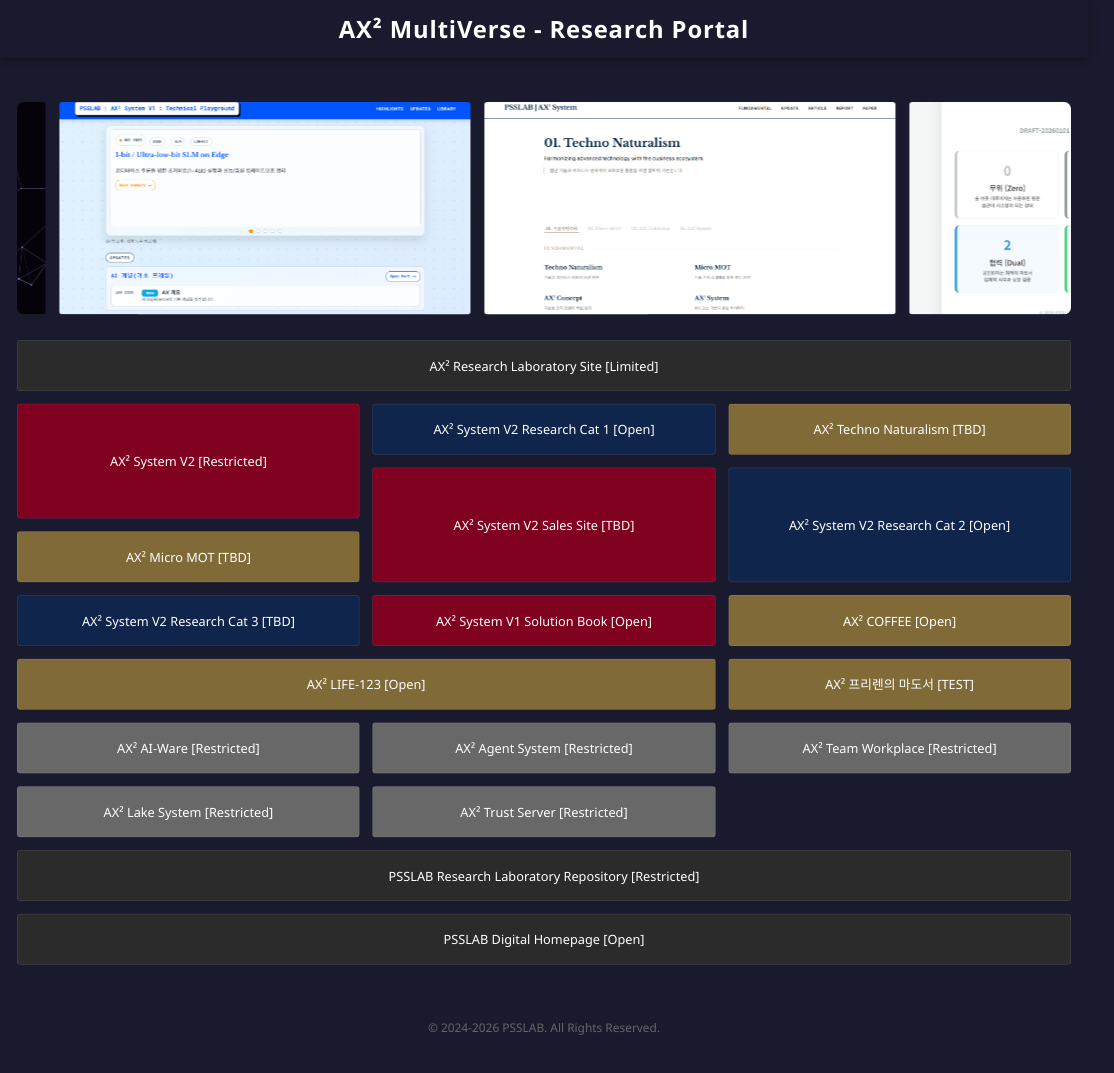
Repository: hycse89/PSSLAB_OpenSite
Page: psslab_multiverse_v3.html
These files come from the project's save history. The page is drawn as it stood at one moment and after a run of saves; the edit follows.
The browser window is 1280 px wide. The page is 1310 px wide, so the pictures cover 1310 px, including what lies to the right of the window. The pictures show the whole page, at 85% of full size.

Above is the page before, as saved 2026-01-11 21:55:55.

After the next 2 saves:
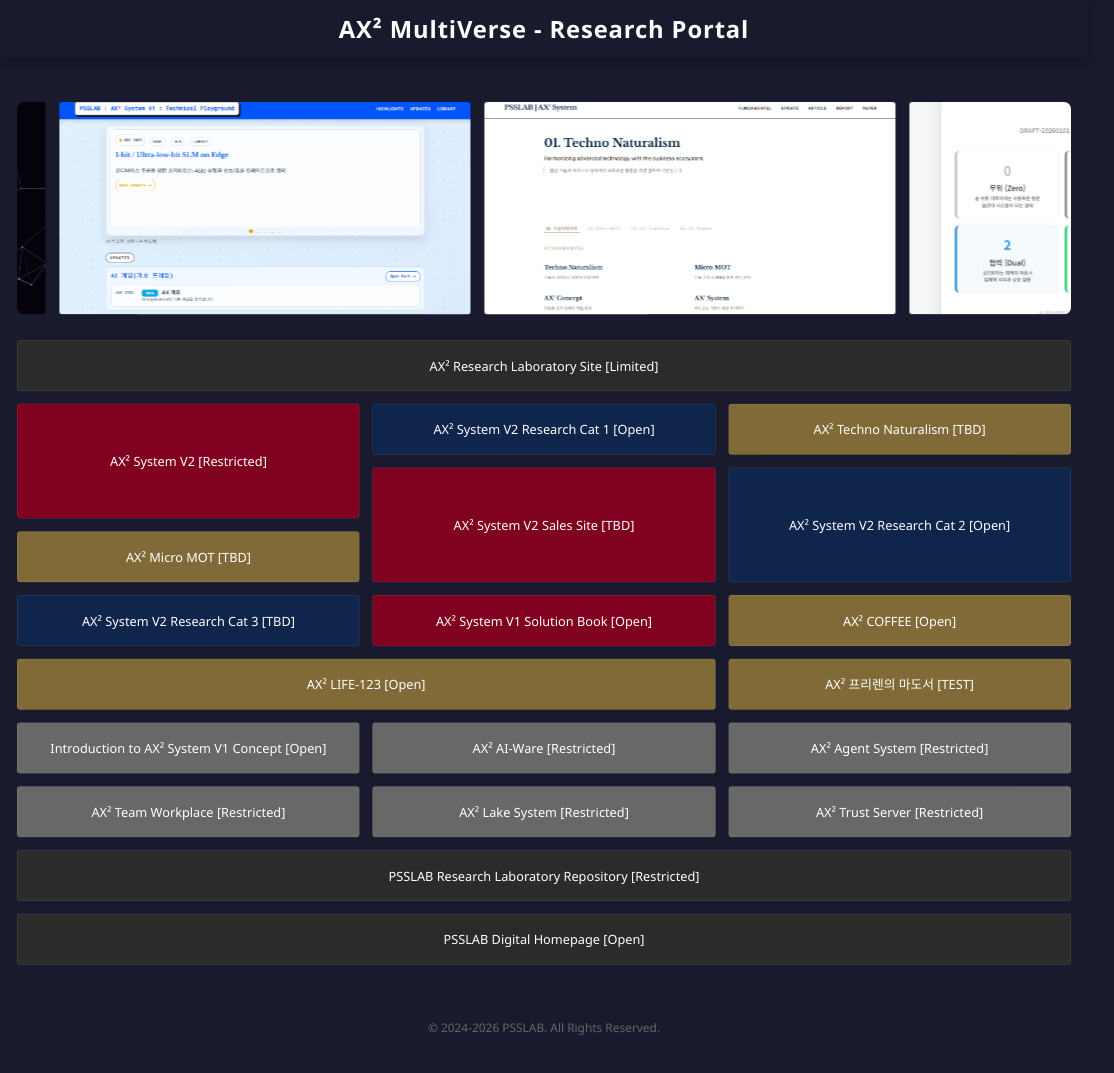
The 2 saves are shown as one change because they came seconds apart.
The last was saved 7 s later.
--- a/psslab_multiverse_v3.html
+++ b/psslab_multiverse_v3.html
@@ -203,6 +203,7 @@
             <a href="http://localhost:8001/ax_site/ax2_coffee/index.html" class="link-button color-3 h-1">AX² COFFEE [Open]</a>
             <a href="http://localhost:8001/ax_site/ax2_frieren/index.html" class="link-button color-3 h-1">AX² 프리렌의 마도서 [TEST]</a>
 
+            <a href="ax2_v1_concept/ax2_homepage.html" class="link-button color-5 h-1">Introduction to AX² System V1 Concept [Open]</a>
             <a href="http://localhost:8002" class="link-button color-5 w-1 h-1">AX² AI-Ware [Restricted]</a>
             <a href="http://localhost:8003" class="link-button color-5 w-1 h-1">AX² Agent System [Restricted]</a>
             <a href="http://localhost:8007" class="link-button color-5 w-1 h-1">AX² Team Workplace [Restricted]</a>
